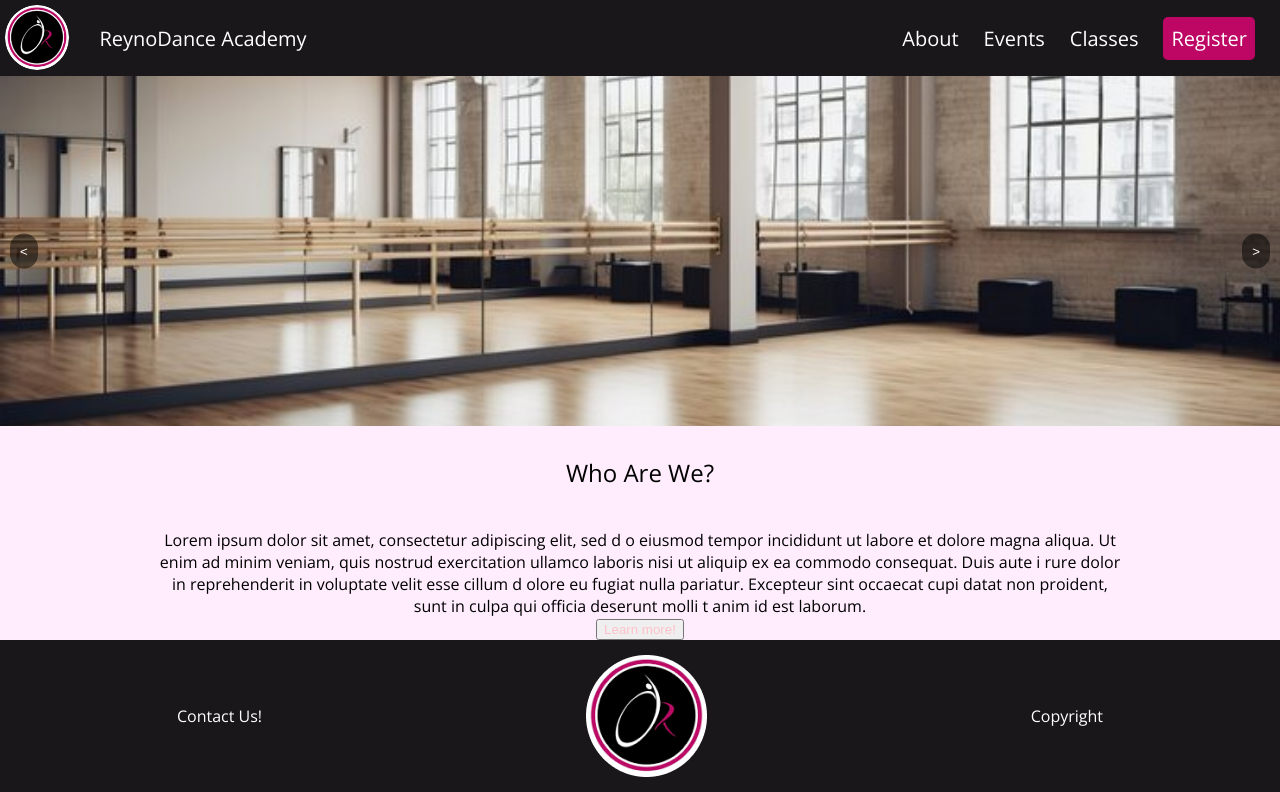
Repository: andreaelpz/reynodance-academy
Page: /
The author's editor kept a copy of each file at every save. The page is drawn from the files as they stood at one save, then again after the next save.
The browser window is 1280 px wide. The pictures show the whole page.
The project was rebuilt for these pictures with package versions that can differ from the ones it lists, and the page was loaded fresh each time. Also part of the build but not shown: angular.json, src/app/about/about.component.ts, src/app/classes/classes.component.ts, src/app/events/events.component.ts, src/app/user/sign-in/sign-in.component.ts, src/app/dashboard/dashboard.component.ts, src/app/user/register/register.component.ts, src/app/login/login.component.ts.

Above is the page before, as saved 2024-11-19 23:04:48.

After the next save:
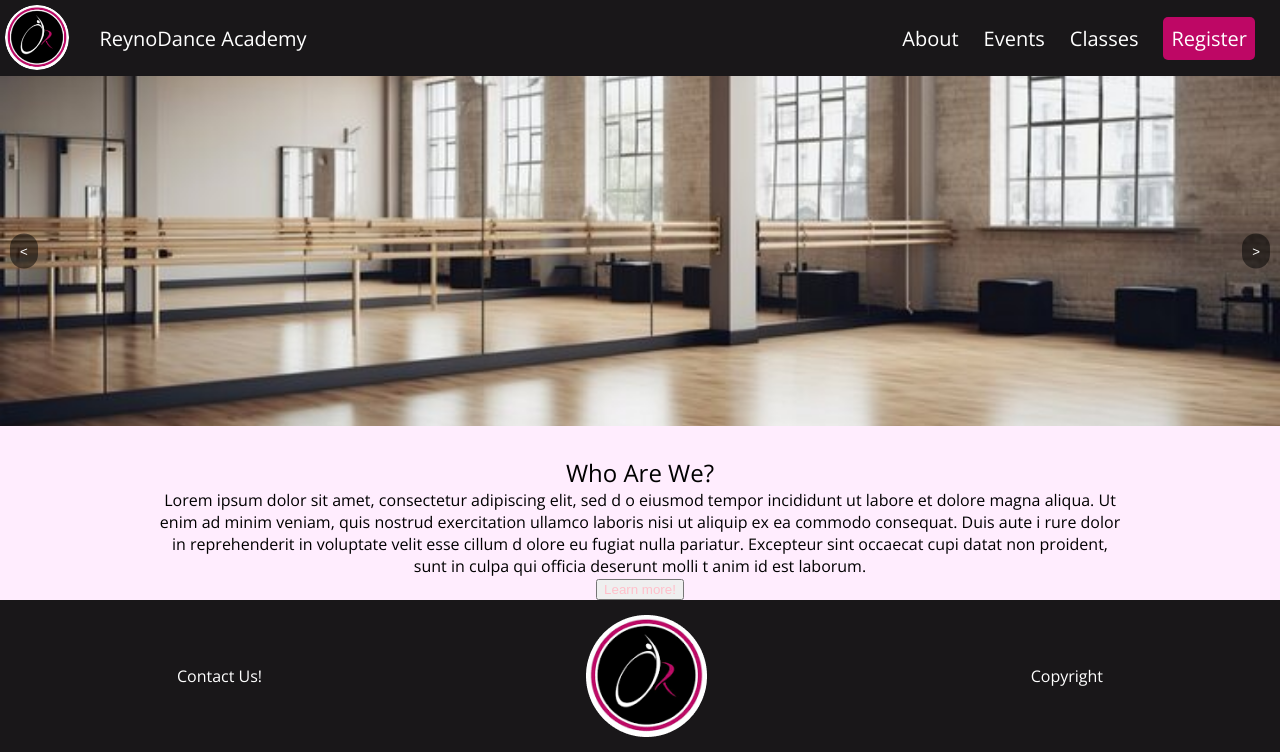
Saved 6 s later.
--- a/src/app/home/home.component.css
+++ b/src/app/home/home.component.css
@@ -53,7 +53,6 @@
   text-align: center;
   display: flex;
   justify-content: center;
-  margin-bottom: 40px;
   font-size: 24px;
   font-weight:400;
 }

After the save that followed:
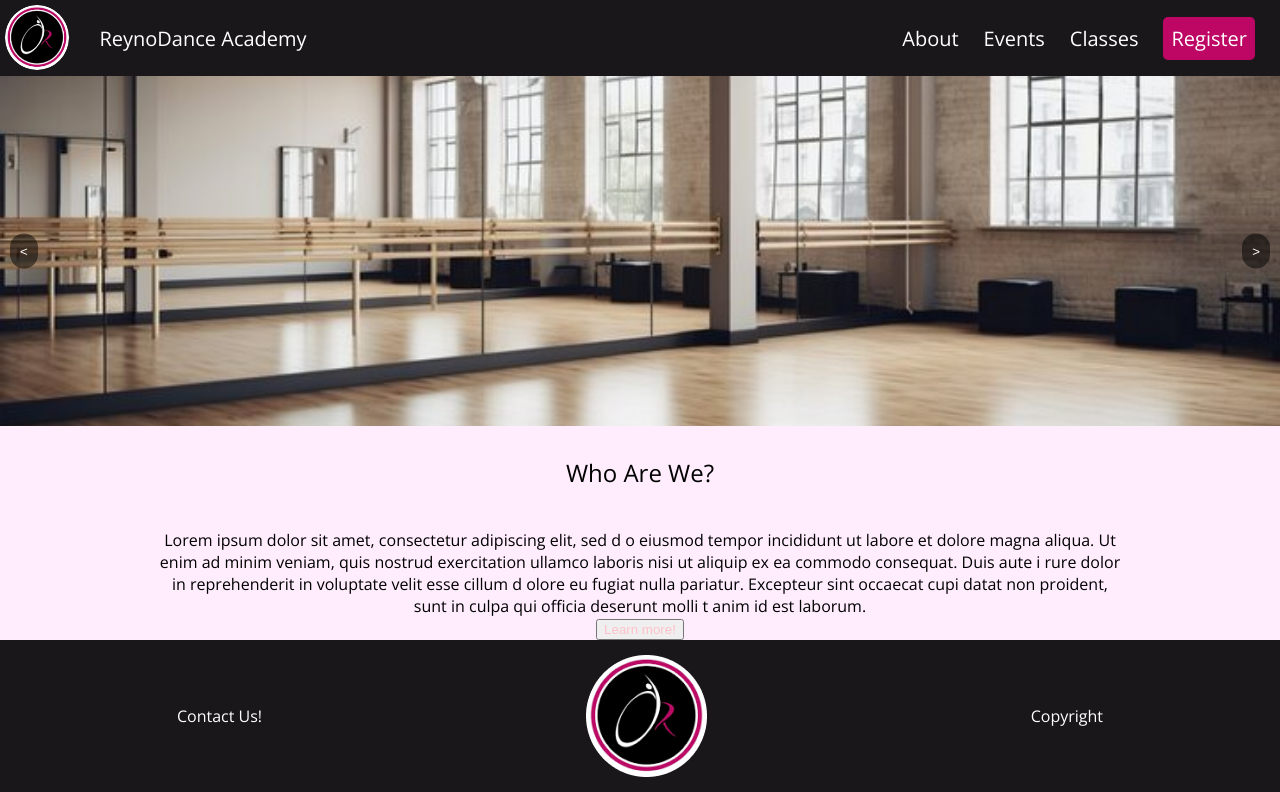
Saved 8 s later.
--- a/src/app/home/home.component.css
+++ b/src/app/home/home.component.css
@@ -53,6 +53,7 @@
   text-align: center;
   display: flex;
   justify-content: center;
+  margin-bottom: 40px;
   font-size: 24px;
   font-weight:400;
 }
